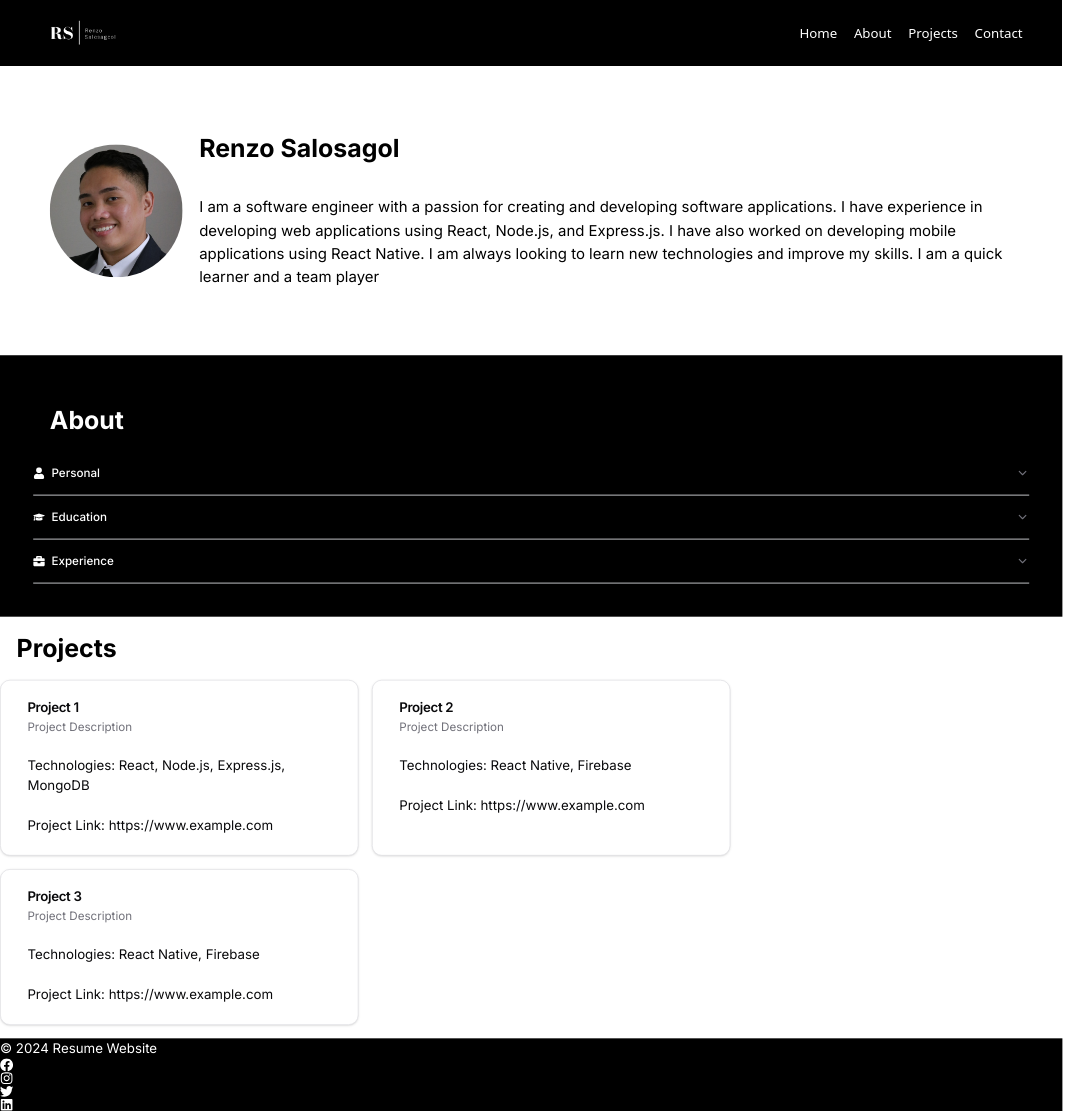
Repository: Renzo-Salosagcol/Portfolio-Website
Page: / (app in resume_website/)
These files come from the project's save history. The page is drawn as it stood at one moment and after the next save; the edit follows.
The browser window is 1280 px wide. The page is 1288 px wide, so the pictures cover 1288 px, including what lies to the right of the window. The pictures show the whole page, at 83% of full size.
The project was rebuilt for these pictures with package versions that can differ from the ones it lists, and the page was loaded fresh each time. Also part of the build but not shown: resume_website/vite.config.js.

Above is the page before, as saved 2024-12-11 16:10:19.

### resume_website/index.html
<!doctype html>
<html lang="en">
  <head>
    <meta charset="UTF-8" />
    <link rel="icon" type="image/svg+xml" href="/vite.svg" />
    <meta name="viewport" content="width=device-width, initial-scale=1.0" />
    <title>Renzo Salosagcol</title>
  </head>
  <body>
    <div id="root"></div>
    <script type="module" src="/src/main.jsx"></script>
  </body>
</html>

### resume_website/src/index.css
@import url('https://fonts.googleapis.com/css2?family=Inter:opsz,wght@14..32,100..900&family=Roboto:wght@400;500;700&display=swap');

@tailwind base;
@tailwind components;
@tailwind utilities;

:root {
  font-family: "Inter", sans-serif;
}

### resume_website/src/App.jsx
import Nav from './components/Nav'
import Hero from "./components/Hero";
import About from "./components/about";
import Projects from "./components/projects";
import Footer from "./components/footer";

const App = () => {
  return (
    <div>
      <div class="fixed h-full w-full bg-blue"><div class="absolute bottom-0 left-0 right-0 top-0 bg-[url(&#x27;/noise.png&#x27;)] bg-[size:300px_300px] bg-left-top"></div>
      </div>
      <nav className="fixed block w-full h-20 top-0">
        <Nav />
      </nav>
      <main className="mt-20">
        <Hero />
        <About />
        <Projects />
      </main>
      <footer>
        <Footer />
      </footer>
    </div>
  )
}

export default App;

### resume_website/src/components/Nav.jsx
import logoImage from "../assets/InitialPortfolioLogo.png";
import {
  NavigationMenu,
  NavigationMenuContent,
  NavigationMenuIndicator,
  NavigationMenuItem,
  NavigationMenuLink,
  NavigationMenuList,
  NavigationMenuTrigger,
  NavigationMenuViewport,
} from "../components/ui/navigation-menu";
import { navigationMenuTriggerStyle } from "../components/ui/navigation-menu";


const Nav = () => {
  return (
    <nav className="flex items-center bg-black w-full justify-between h-10 p-10 top-0">
      <div className="mx-5 flex-shrink-0">
        <img className="w-20 h-15" src={logoImage} alt="logo" />
      </div>
      <div className="flex-1 flex justify-end text-white">
        <NavigationMenu className="font-sans w-max">
          <NavigationMenuList className="flex">
            <NavigationMenuItem className="flex-1 px-2">
              <NavigationMenuLink href="#" className="hover:underline">Home</NavigationMenuLink>
            </NavigationMenuItem>
            <NavigationMenuItem className="flex-1 px-2">
              <NavigationMenuLink href="#" className="hover:underline">About</NavigationMenuLink>
            </NavigationMenuItem>
            <NavigationMenuItem className="flex-1 px-2">
              <NavigationMenuLink href="#" className="hover:underline">Projects</NavigationMenuLink>
            </NavigationMenuItem>
            <NavigationMenuItem className="flex-1 px-2">
              <NavigationMenuLink href="#" className="hover:underline">Contact</NavigationMenuLink>
            </NavigationMenuItem>
          </NavigationMenuList>
        </NavigationMenu>
      </div>
    </nav>
  );
}

export default Nav;

### resume_website/src/components/Hero.jsx
import profilePic from "../assets/ProfilePic.png";
import {HERO_INFO} from "../assets/constants";

const Hero = () => {
  return (
    <div className="bg-white text-black w-full flex items-center justify-between py-20 px-10">
      <img src={ profilePic } alt="profile" className="w-50 h-40 rounded-full mx-5"/>
      <div className="justify-items-start">
        <h1 className="text-3xl font-bold mb-10">Renzo Salosagol</h1>
        <p className="text-lg">{HERO_INFO}</p>
      </div>
    </div>
  );
};

export default Hero;

### resume_website/src/components/about.jsx
import {
  Accordion,
  AccordionContent,
  AccordionItem,
  AccordionTrigger,
} from "@/components/ui/accordion"
import { PERSONAL_INFO, EDUCATION_INFO, EXPERIENCE_INFO } from "../assets/constants";
import { FaBriefcase, FaUser, FaGraduationCap } from "react-icons/fa"


const About = () => {
  return (
    <div className="p-10 bg-black text-white">
      <h1 className="text-3xl font-bold p-5">About</h1>
      <Accordion type="multiple" collapsible className="w-full">
        <AccordionItem value="item-1" className="">
          <AccordionTrigger className="justify-items-center"><div className="flex items-center"><FaUser /><div className="ml-2">Personal</div></div></AccordionTrigger>
          <AccordionContent>
            <div>{ PERSONAL_INFO }</div>
          </AccordionContent>
        </AccordionItem>
        <AccordionItem value="item-2">
        <AccordionTrigger className="justify-items-center"><div className="flex items-center"><FaGraduationCap /><div className="ml-2">Education</div></div></AccordionTrigger>
          <AccordionContent>
            <div>{ EDUCATION_INFO }</div>
          </AccordionContent>
        </AccordionItem>
        <AccordionItem value="item-3">
        <AccordionTrigger className="justify-items-center"><div className="flex items-center"><FaBriefcase /><div className="ml-2">Experience</div></div></AccordionTrigger>
          <AccordionContent>
            <div>{ EXPERIENCE_INFO }</div>
          </AccordionContent>
        </AccordionItem>
      </Accordion>
    </div>
  );
}

export default About;

### resume_website/src/components/projects.jsx
import {
  Card,
  CardContent,
  CardDescription,
  CardFooter,
  CardHeader,
  CardTitle,
} from "@/components/ui/card"

const Projects = () => {
  return (
    <div>
      <h1 className="text-3xl font-bold p-5">Projects</h1>
      <div className="flex flex-col md:flex-row md:flex-wrap md:-mx-2">
        <Card className="mb-4 md:w-1/2 lg:w-1/3 md:px-2 mx-2">
          <CardHeader>
            <CardTitle>Project 1</CardTitle>
            <CardDescription>Project Description</CardDescription>
          </CardHeader>
          <CardContent>
            <p>Technologies: React, Node.js, Express.js, MongoDB</p>
          </CardContent>
          <CardFooter>
            <p>Project Link: <a href="https://www.example.com">https://www.example.com</a></p>
          </CardFooter>
        </Card>
        <Card className="mb-4 md:w-1/2 lg:w-1/3 md:px-2 mx-2">
          <CardHeader>
            <CardTitle>Project 2</CardTitle>
            <CardDescription>Project Description</CardDescription>
          </CardHeader>
          <CardContent>
            <p>Technologies: React Native, Firebase</p>
          </CardContent>
          <CardFooter>
            <p>Project Link: <a href="https://www.example.com">https://www.example.com</a></p>
          </CardFooter>
        </Card>
        <Card className="mb-4 md:w-1/2 lg:w-1/3 md:px-2 mx-2">
          <CardHeader>
            <CardTitle>Project 3</CardTitle>
            <CardDescription>Project Description</CardDescription>
          </CardHeader>
          <CardContent>
            <p>Technologies: React Native, Firebase</p>
          </CardContent>
          <CardFooter>
            <p>Project Link: <a href="https://www.example.com">https://www.example.com</a></p>
          </CardFooter>
        </Card>
      </div>
    </div>
  );
}

export default Projects;

### resume_website/src/components/footer.jsx
import { FaFacebook, FaInstagram, FaTwitter, FaLinkedin} from 'react-icons/fa';

const Footer = () => {
  return (
    <footer className="bg-black text-white">
      <p>© 2024 Resume Website</p>
      <div className='inline'>
        <FaFacebook />
        <FaInstagram />
        <FaTwitter />
        <FaLinkedin />
      </div>
    </footer>
  );
}

export default Footer;

### resume_website/src/components/ui/navigation-menu.jsx
import * as React from "react"
import * as NavigationMenuPrimitive from "@radix-ui/react-navigation-menu"
import { cva } from "class-variance-authority"
import { ChevronDown } from "lucide-react"

import { cn } from "@/lib/utils"

const NavigationMenu = React.forwardRef(({ className, children, ...props }, ref) => (
  <NavigationMenuPrimitive.Root
    ref={ref}
    className={cn(
      "relative z-10 flex max-w-max flex-1 items-center justify-center",
      className
    )}
    {...props}>
    {children}
    <NavigationMenuViewport />
  </NavigationMenuPrimitive.Root>
))
NavigationMenu.displayName = NavigationMenuPrimitive.Root.displayName

const NavigationMenuList = React.forwardRef(({ className, ...props }, ref) => (
  <NavigationMenuPrimitive.List
    ref={ref}
    className={cn(
      "group flex flex-1 list-none items-center justify-center space-x-1",
      className
    )}
    {...props} />
))
NavigationMenuList.displayName = NavigationMenuPrimitive.List.displayName

const NavigationMenuItem = NavigationMenuPrimitive.Item

const navigationMenuTriggerStyle = cva(
  "group inline-flex h-9 w-max items-center justify-center rounded-md bg-white px-4 py-2 text-sm font-medium transition-colors hover:bg-zinc-100 hover:text-zinc-900 focus:bg-zinc-100 focus:text-zinc-900 focus:outline-none disabled:pointer-events-none disabled:opacity-50 data-[active]:bg-zinc-100/50 data-[state=open]:bg-zinc-100/50 dark:bg-zinc-950 dark:hover:bg-zinc-800 dark:hover:text-zinc-50 dark:focus:bg-zinc-800 dark:focus:text-zinc-50 dark:data-[active]:bg-zinc-800/50 dark:data-[state=open]:bg-zinc-800/50"
)

const NavigationMenuTrigger = React.forwardRef(({ className, children, ...props }, ref) => (
  <NavigationMenuPrimitive.Trigger
    ref={ref}
    className={cn(navigationMenuTriggerStyle(), "group", className)}
    {...props}>
    {children}{""}
    <ChevronDown
      className="relative top-[1px] ml-1 h-3 w-3 transition duration-300 group-data-[state=open]:rotate-180"
      aria-hidden="true" />
  </NavigationMenuPrimitive.Trigger>
))
NavigationMenuTrigger.displayName = NavigationMenuPrimitive.Trigger.displayName

const NavigationMenuContent = React.forwardRef(({ className, ...props }, ref) => (
  <NavigationMenuPrimitive.Content
    ref={ref}
    className={cn(
      "left-0 top-0 w-full data-[motion^=from-]:animate-in data-[motion^=to-]:animate-out data-[motion^=from-]:fade-in data-[motion^=to-]:fade-out data-[motion=from-end]:slide-in-from-right-52 data-[motion=from-start]:slide-in-from-left-52 data-[motion=to-end]:slide-out-to-right-52 data-[motion=to-start]:slide-out-to-left-52 md:absolute md:w-auto",
      className
    )}
    {...props} />
))
NavigationMenuContent.displayName = NavigationMenuPrimitive.Content.displayName

const NavigationMenuLink = NavigationMenuPrimitive.Link

const NavigationMenuViewport = React.forwardRef(({ className, ...props }, ref) => (
  <div className={cn("absolute left-0 top-full flex justify-center")}>
    <NavigationMenuPrimitive.Viewport
      className={cn(
        "origin-top-center relative mt-1.5 h-[var(--radix-navigation-menu-viewport-height)] w-full overflow-hidden rounded-md border border-zinc-200 bg-white text-zinc-950 shadow data-[state=open]:animate-in data-[state=closed]:animate-out data-[state=closed]:zoom-out-95 data-[state=open]:zoom-in-90 md:w-[var(--radix-navigation-menu-viewport-width)] dark:border-zinc-800 dark:bg-zinc-950 dark:text-zinc-50",
        className
      )}
      ref={ref}
      {...props} />
  </div>
))
NavigationMenuViewport.displayName =
  NavigationMenuPrimitive.Viewport.displayName

const NavigationMenuIndicator = React.forwardRef(({ className, ...props }, ref) => (
  <NavigationMenuPrimitive.Indicator
    ref={ref}
    className={cn(
      "top-full z-[1] flex h-1.5 items-end justify-center overflow-hidden data-[state=visible]:animate-in data-[state=hidden]:animate-out data-[state=hidden]:fade-out data-[state=visible]:fade-in",
      className
    )}
    {...props}>
    <div
      className="relative top-[60%] h-2 w-2 rotate-45 rounded-tl-sm bg-zinc-200 shadow-md dark:bg-zinc-800" />
  </NavigationMenuPrimitive.Indicator>
))
NavigationMenuIndicator.displayName =
  NavigationMenuPrimitive.Indicator.displayName

export {
  navigationMenuTriggerStyle,
  NavigationMenu,
  NavigationMenuList,
  NavigationMenuItem,
  NavigationMenuContent,
  NavigationMenuTrigger,
  NavigationMenuLink,
  NavigationMenuIndicator,
  NavigationMenuViewport,
}

### resume_website/src/assets/constants.js
export const HERO_INFO = "I am a software engineer with a passion for creating and developing software applications. I have experience in developing web applications using React, Node.js, and Express.js. I have also worked on developing mobile applications using React Native. I am always looking to learn new technologies and improve my skills. I am a quick learner and a team player"

export const PERSONAL_INFO = "Personal: John Doe is located in Fullerton, California, United States. Contact: johndoe@example.com | (123) 456-7890. LinkedIn: linkedin.com/in/johndoe. Passionate and results-oriented software engineer with 5+ years of experience in developing scalable web applications. Adept at collaborating with cross-functional teams and committed to staying updated with the latest industry trends."

export const EDUCATION_INFO = "Education: Master of Science in Computer Science, University of California, Irvine, CA. Graduated: June 2022. Relevant Courses: Advanced Algorithms, Machine Learning, Distributed Systems. Bachelor of Science in Computer Science, California State University, Fullerton, CA. Graduated: May 2020. Relevant Courses: Data Structures, Database Management, Software Engineering."

export const EXPERIENCE_INFO = "Experience: Software Engineer at Tech Innovators Inc., Los Angeles, CA (June 2022 - Present). Developed and maintained web applications using React, Node.js, and MongoDB. Implemented RESTful APIs to enhance the functionality of the company's services. Collaborated with the product team to design and optimize user experiences. Junior Software Developer at Web Solutions LLC, Anaheim, CA (August 2020 - May 2022). Assisted in the development of e-commerce websites using HTML, CSS, and JavaScript. Worked closely with senior developers to troubleshoot and resolve software issues. Participated in code reviews and contributed to the improvement of development processes. Intern at Digital Innovations, Santa Ana, CA (June 2019 - August 2019). Supported the development of mobile applications using Flutter. Conducted testing and debugging to ensure app functionality and performance. Engaged in team meetings to discuss project progress and challenges."

### resume_website/src/components/ui/accordion.jsx
import * as React from "react"
import * as AccordionPrimitive from "@radix-ui/react-accordion"
import { ChevronDown } from "lucide-react"

import { cn } from "@/lib/utils"

const Accordion = AccordionPrimitive.Root

const AccordionItem = React.forwardRef(({ className, ...props }, ref) => (
  <AccordionPrimitive.Item ref={ref} className={cn("border-b", className)} {...props} />
))
AccordionItem.displayName = "AccordionItem"

const AccordionTrigger = React.forwardRef(({ className, children, ...props }, ref) => (
  <AccordionPrimitive.Header className="flex">
    <AccordionPrimitive.Trigger
      ref={ref}
      className={cn(
        "flex flex-1 items-center justify-between py-4 text-sm font-medium transition-all hover:underline text-left [&[data-state=open]>svg]:rotate-180",
        className
      )}
      {...props}>
      {children}
      <ChevronDown
        className="h-4 w-4 shrink-0 text-zinc-500 transition-transform duration-200 dark:text-zinc-400" />
    </AccordionPrimitive.Trigger>
  </AccordionPrimitive.Header>
))
AccordionTrigger.displayName = AccordionPrimitive.Trigger.displayName

const AccordionContent = React.forwardRef(({ className, children, ...props }, ref) => (
  <AccordionPrimitive.Content
    ref={ref}
    className="overflow-hidden text-sm data-[state=closed]:animate-accordion-up data-[state=open]:animate-accordion-down"
    {...props}>
    <div className={cn("pb-4 pt-0", className)}>{children}</div>
  </AccordionPrimitive.Content>
))
AccordionContent.displayName = AccordionPrimitive.Content.displayName

export { Accordion, AccordionItem, AccordionTrigger, AccordionContent }

### resume_website/src/components/ui/card.jsx
import * as React from "react"

import { cn } from "@/lib/utils"

const Card = React.forwardRef(({ className, ...props }, ref) => (
  <div
    ref={ref}
    className={cn(
      "rounded-xl border border-zinc-200 bg-white text-zinc-950 shadow dark:border-zinc-800 dark:bg-zinc-950 dark:text-zinc-50",
      className
    )}
    {...props} />
))
Card.displayName = "Card"

const CardHeader = React.forwardRef(({ className, ...props }, ref) => (
  <div
    ref={ref}
    className={cn("flex flex-col space-y-1.5 p-6", className)}
    {...props} />
))
CardHeader.displayName = "CardHeader"

const CardTitle = React.forwardRef(({ className, ...props }, ref) => (
  <div
    ref={ref}
    className={cn("font-semibold leading-none tracking-tight", className)}
    {...props} />
))
CardTitle.displayName = "CardTitle"

const CardDescription = React.forwardRef(({ className, ...props }, ref) => (
  <div
    ref={ref}
    className={cn("text-sm text-zinc-500 dark:text-zinc-400", className)}
    {...props} />
))
CardDescription.displayName = "CardDescription"

const CardContent = React.forwardRef(({ className, ...props }, ref) => (
  <div ref={ref} className={cn("p-6 pt-0", className)} {...props} />
))
CardContent.displayName = "CardContent"

const CardFooter = React.forwardRef(({ className, ...props }, ref) => (
  <div
    ref={ref}
    className={cn("flex items-center p-6 pt-0", className)}
    {...props} />
))
CardFooter.displayName = "CardFooter"

export { Card, CardHeader, CardFooter, CardTitle, CardDescription, CardContent }

Loaded but not shown: resume_website/src/main.jsx (common file); resume_website/src/lib/utils.js (common file); resume_website/tailwind.config.js (common file)

After the next save:
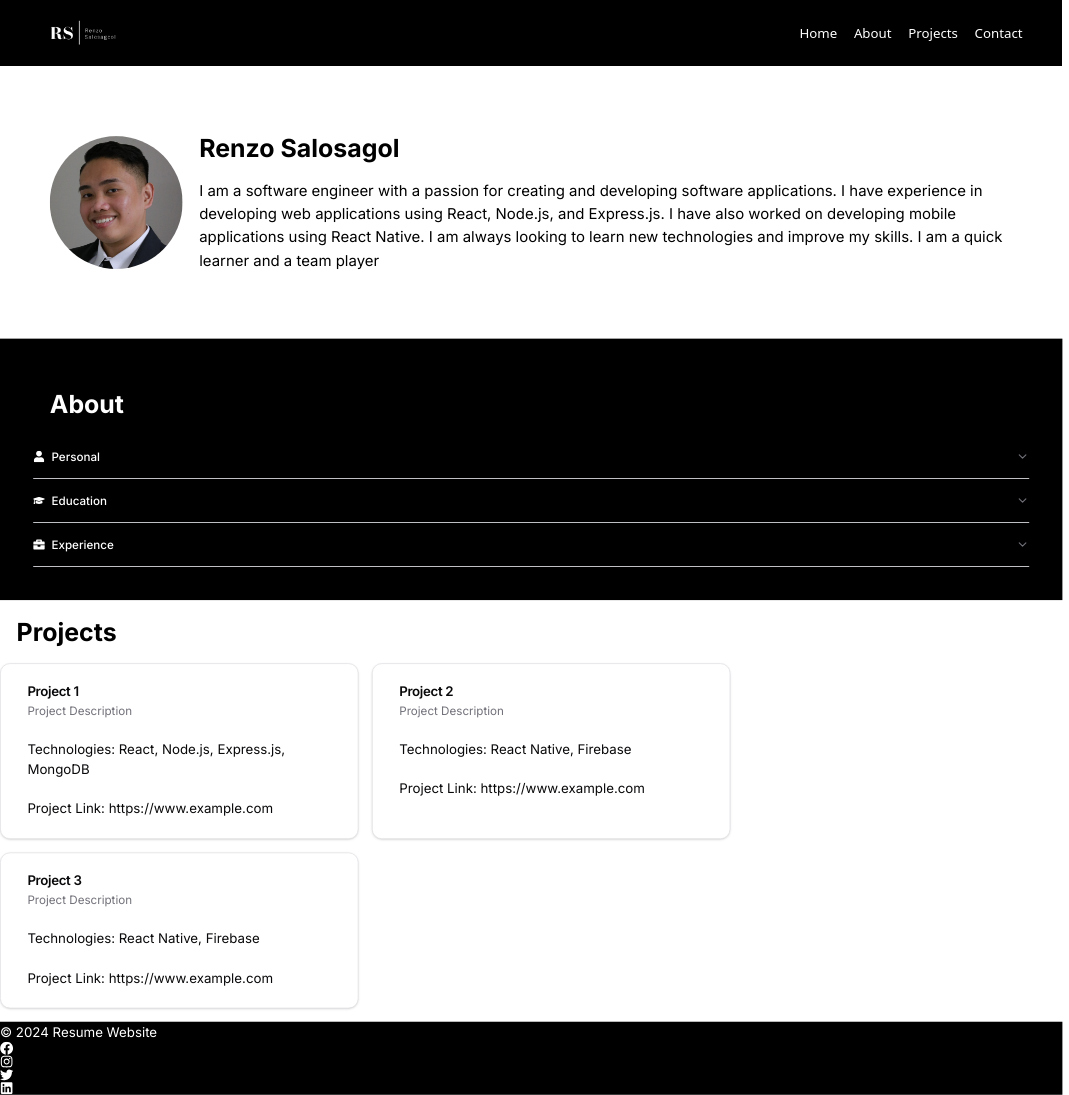
Saved 4 s later.
--- a/resume_website/src/components/Hero.jsx
+++ b/resume_website/src/components/Hero.jsx
@@ -6,7 +6,7 @@ const Hero = () => {
     <div className="bg-white text-black w-full flex items-center justify-between py-20 px-10">
       <img src={ profilePic } alt="profile" className="w-50 h-40 rounded-full mx-5"/>
       <div className="justify-items-start">
-        <h1 className="text-3xl font-bold mb-10">Renzo Salosagol</h1>
+        <h1 className="text-3xl font-bold mb-5">Renzo Salosagol</h1>
         <p className="text-lg">{HERO_INFO}</p>
       </div>
     </div>
